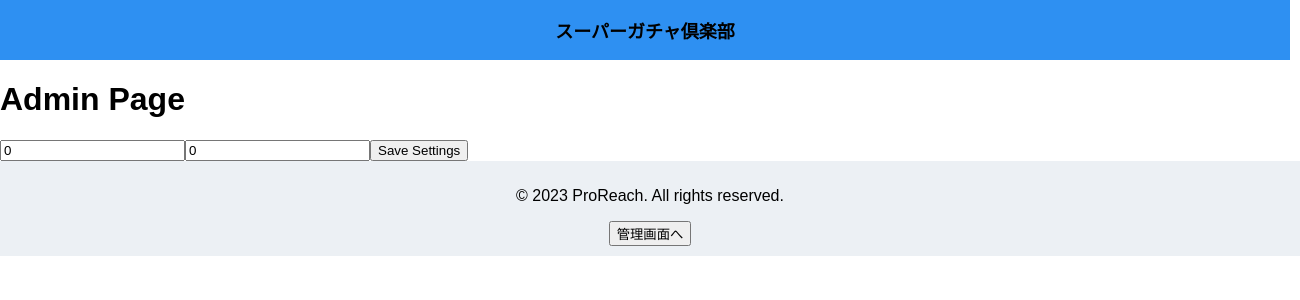
Repository: kskw0000/gggacha
Page: /admin (app in fronted/)
These files come from the project's save history. The page is drawn as it stood at one moment and after the next save; the edit follows.
The browser window is 1280 px wide. The page is 1300 px wide, so the pictures cover 1300 px, including what lies to the right of the window. The pictures show the whole page.
The project was rebuilt for these pictures with package versions that can differ from the ones it lists, and the page was loaded fresh each time. Also part of the build but not shown: fronted/src/components/css/GachaMachine.css, fronted/src/components/pages/GachaMachine.js, fronted/src/components/pages/Gacha.js, fronted/src/components/css/WinnerPage.css, fronted/src/components/pages/WinnerPage.js.

Above is the page before, as saved 2023-07-01 11:47:38.

After the next save:
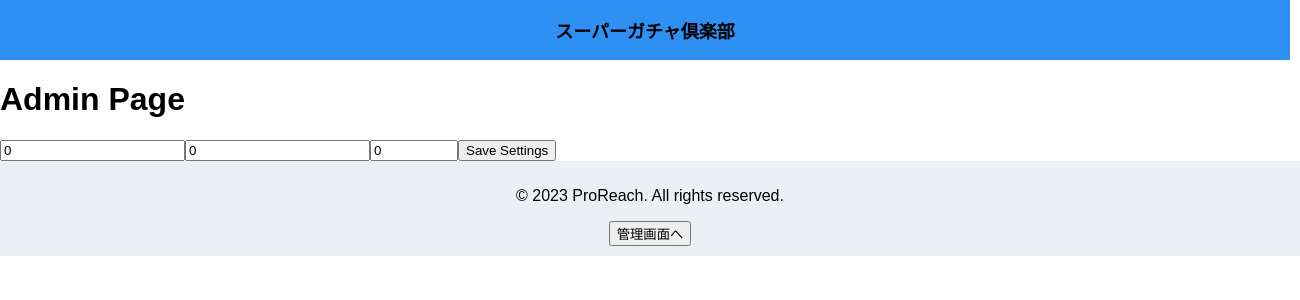
Saved 22 min 59 s later.
--- a/fronted/src/components/pages/Admin.js
+++ b/fronted/src/components/pages/Admin.js
@@ -4,10 +4,11 @@ import axios from 'axios';
 const Admin = () => {
   const [availableWins, setAvailableWins] = useState(0);
   const [availableRolls, setAvailableRolls] = useState(0);
+  const [winProbability, setWinProbability] = useState(0);  // 当たりの確率
 
   const handleSave = async () => {
     try {
-      await axios.post('/gacha/settings', { availableWins, availableRolls });
+      await axios.post('/gacha/settings', { availableWins, availableRolls, winProbability });
       alert('Settings saved successfully.');
     } catch (error) {
       console.error('Error during save gacha settings:', error);
@@ -20,6 +21,7 @@ const Admin = () => {
       <h1>Admin Page</h1>
       <input type="number" value={availableWins} onChange={(e) => setAvailableWins(e.target.value)} placeholder="Available wins" />
       <input type="number" value={availableRolls} onChange={(e) => setAvailableRolls(e.target.value)} placeholder="Available rolls" />
+      <input type="number" value={winProbability} onChange={(e) => setWinProbability(e.target.value)} placeholder="Win probability" min="0" max="100" step="0.01"/>
       <button onClick={handleSave}>Save Settings</button>
     </div>
   );
